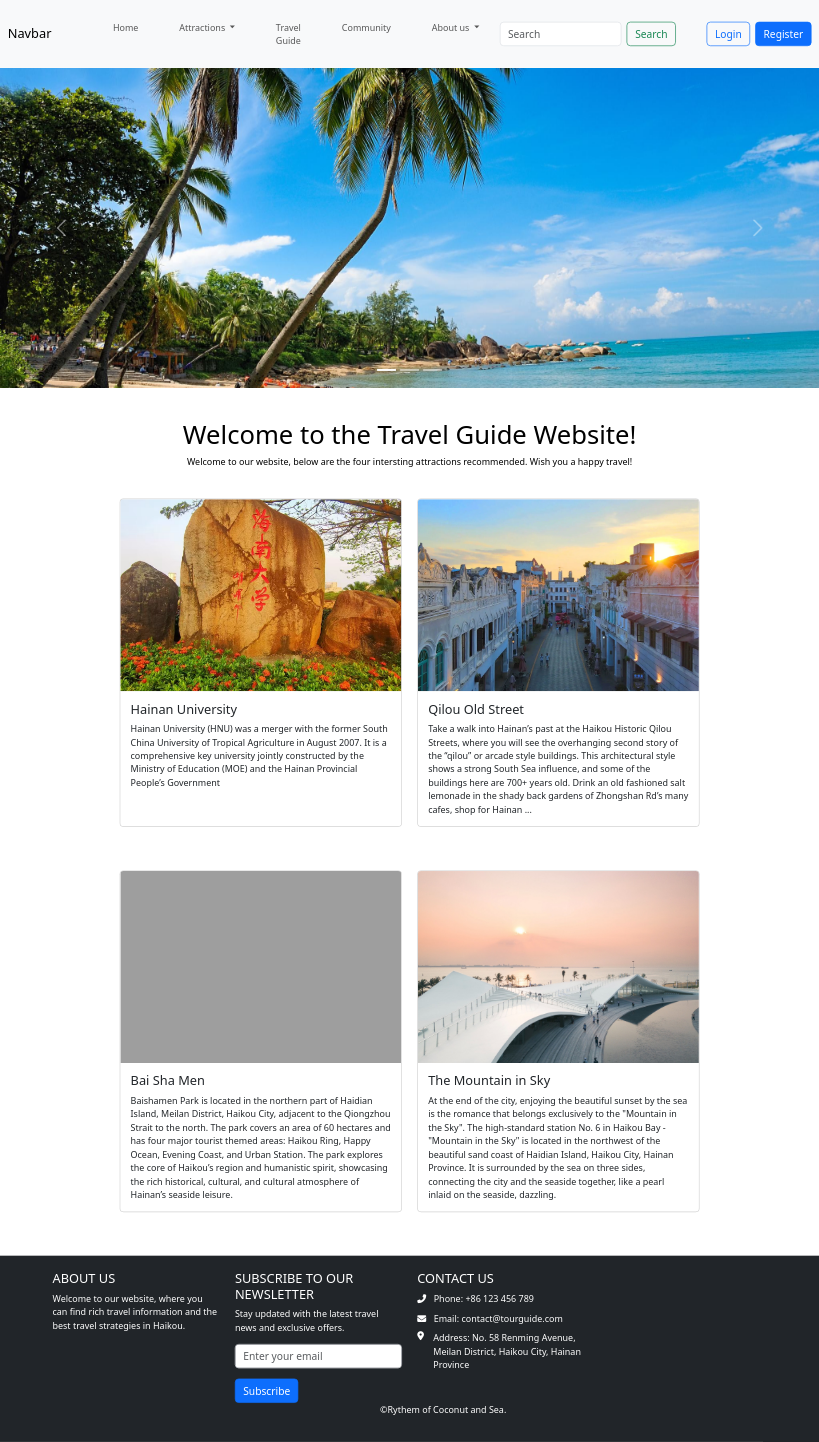
Repository: NIIT-RG6/web-project
Page: /
The author's editor kept a copy of each file at every save. The page is drawn from the files as they stood at one save, then again after the next save.
The browser window is 1280 px wide. The pictures show the whole page, at 64% of full size.
Pictures or frames that could not be fetched are drawn as grey boxes. The project was rebuilt for these pictures with package versions that can differ from the ones it lists, and the page was loaded fresh each time. Also part of the build but not shown: vue.config.js, src/views/College.vue, src/views/Foods.vue, src/views/Park.vue, src/views/Sky.vue, src/views/Street.vue, src/views/StrategyHome.vue, src/views/StrategyBlog.vue and 6 more. Imported but missing from the stored project, and not drawn on this page: src/assets/js/vuetify.js.

Above is the page before, as saved 2024-10-25 03:55:45.

After the next save:
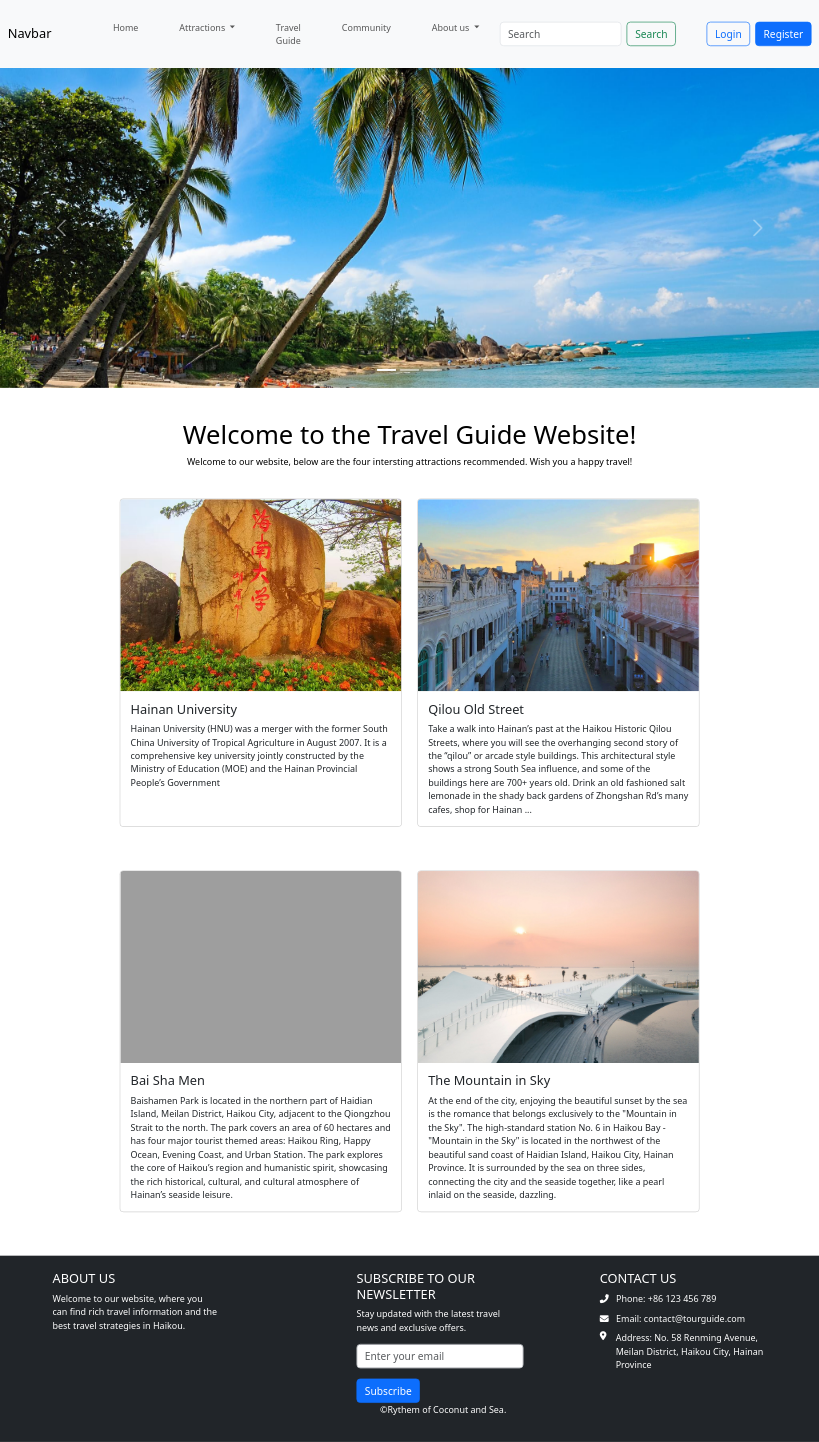
Saved 12 s later.
--- a/src/components/AppFooter.vue
+++ b/src/components/AppFooter.vue
@@ -11,7 +11,7 @@
                 </div>
 
                 <!-- NEWSLETTER SIGNUP -->
-                <div class="col-md-3 offset-md-1.5">
+                <div class="col-md-3 offset-md-2">
                     <h5>SUBSCRIBE TO OUR NEWSLETTER</h5>
                     <p>Stay updated with the latest travel news and exclusive offers.</p>
                     <form>
@@ -24,7 +24,7 @@
 
 
                 <!-- CONTACT US -->
-                <div class="col-md-3 offset-md-1.5">
+                <div class="col-md-3 offset-md-1">
                     <h5>CONTACT US</h5>
                     <ul class="list-unstyled contact-info">
                         <li>
